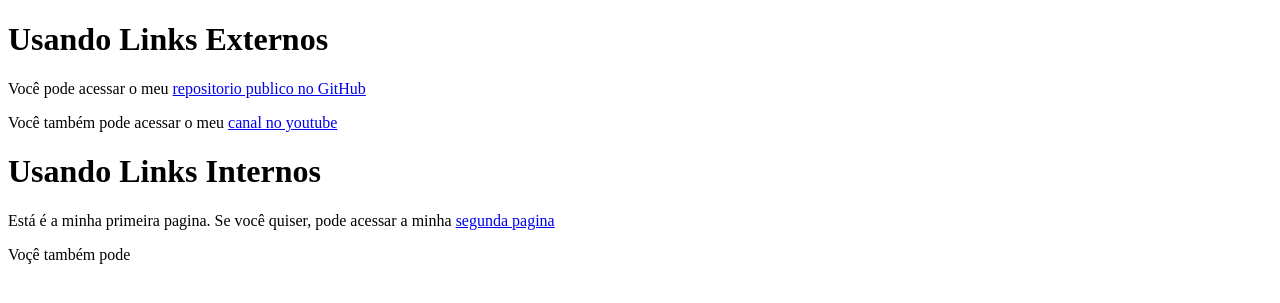
Repository: Guillermomarcon/exercicios
Page: ex0010/index.html
An editor plug-in stored every save of this project. The page is shown before and after the next save, followed by the edit.
The browser window is 1280 px wide. The pictures show the whole page.

Above is the page before, as saved 2020-12-14 00:16:03.

### ex0010/index.html
<!DOCTYPE html>
<html lang="pt-br">
<head>
    <meta charset="UTF-8">
    <meta name="viewport" content="width=device-width, initial-scale=1.0">
    <title>Trabalhando com links</title>
</head>
<body>
    <h1>Usando Links Externos</h1>
    <p>Você pode acessar o meu <a href="https://gustavoguanabara.github.io/" target="_blank" rel="external">repositorio publico no GitHub</a></p>
    <p>Você também pode acessar o meu <a href="https://www.youtube.com/cursoemvideo" target="_blank" rel="external">canal no youtube</a></p>
    <h1>Usando Links Internos</h1>
    <p>Está é a minha primeira pagina. Se você quiser, pode acessar a minha <a href="index2.html" target="_blank" rel="external">segunda pagina</a> </p>
    <p>Voçê também pode </p>

</body>
</html>

After the next save:
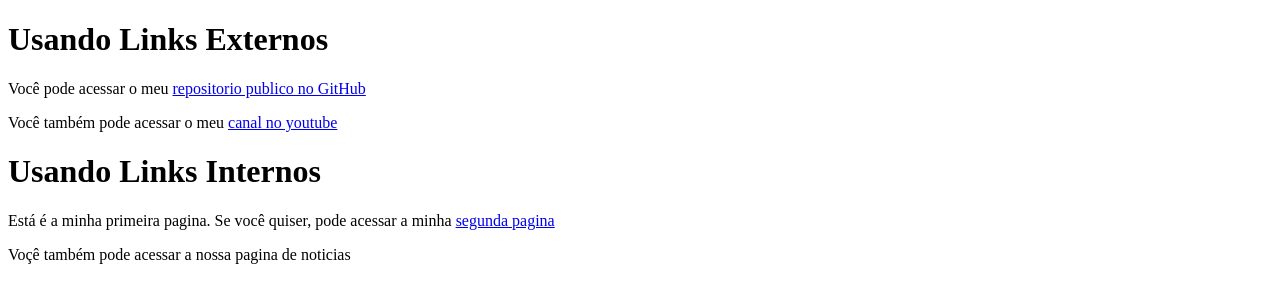
Saved 11 s later.
--- a/ex0010/index.html
+++ b/ex0010/index.html
@@ -11,7 +11,7 @@
     <p>Você também pode acessar o meu <a href="https://www.youtube.com/cursoemvideo" target="_blank" rel="external">canal no youtube</a></p>
     <h1>Usando Links Internos</h1>
     <p>Está é a minha primeira pagina. Se você quiser, pode acessar a minha <a href="index2.html" target="_blank" rel="external">segunda pagina</a> </p>
-    <p>Voçê também pode </p>
+    <p>Voçê também pode acessar a nossa pagina de noticias</p>
 
 </body>
 </html>
